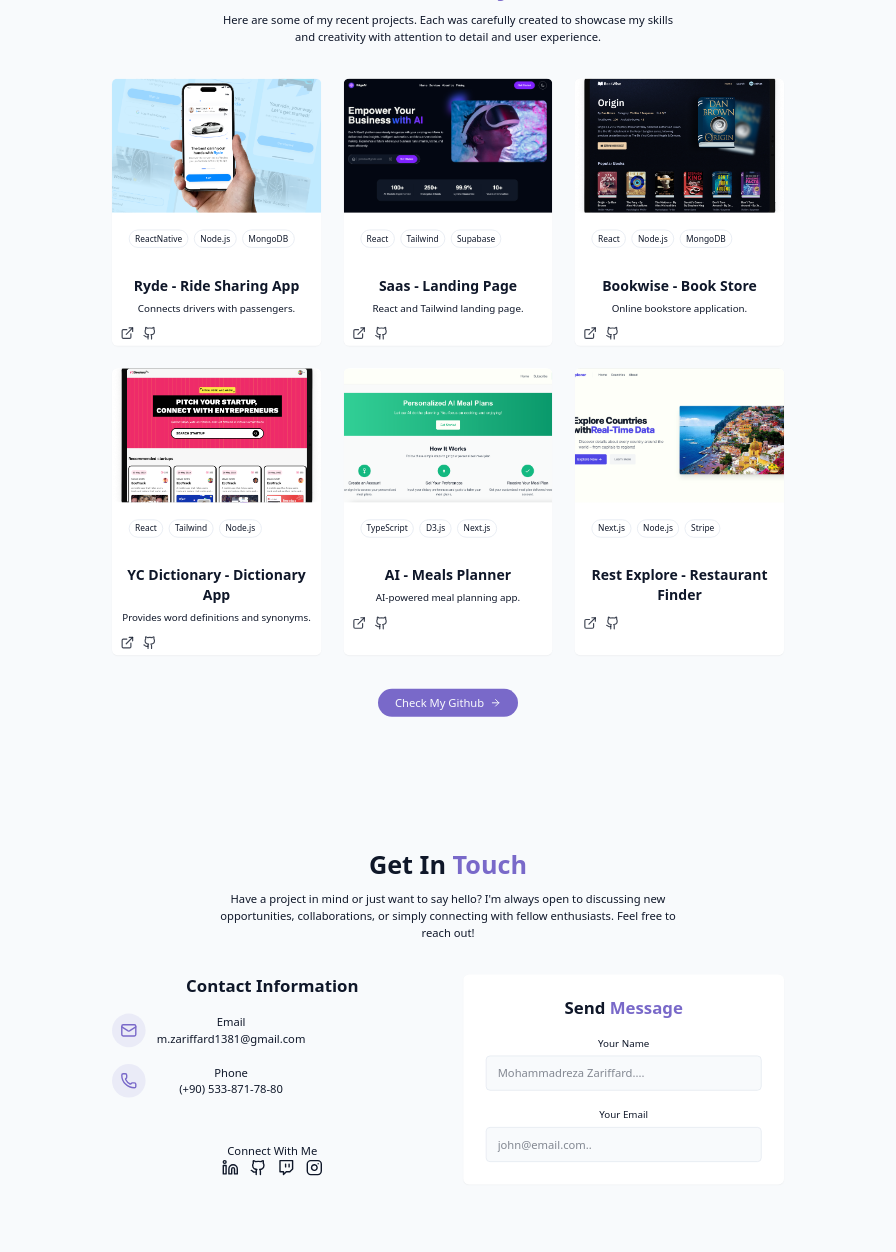
Repository: mOzariffard/Portfolio
Page: /
The author's editor kept a copy of each file at every save. The page is drawn from the files as they stood at one save, then again after the next save.
The browser window is 1280 px wide. The pictures show the part of the page from y = 4120 to 6040 px (the page is 5908 px tall before and 6040 px after), at 70% of full size.
The project was rebuilt for these pictures with package versions that can differ from the ones it lists, and the page was loaded fresh each time. Also part of the build but not shown: vite.config.js, src/pages/NotFound.jsx.

Above is the page before, as saved 2025-07-01 13:02:17.

After the next save:
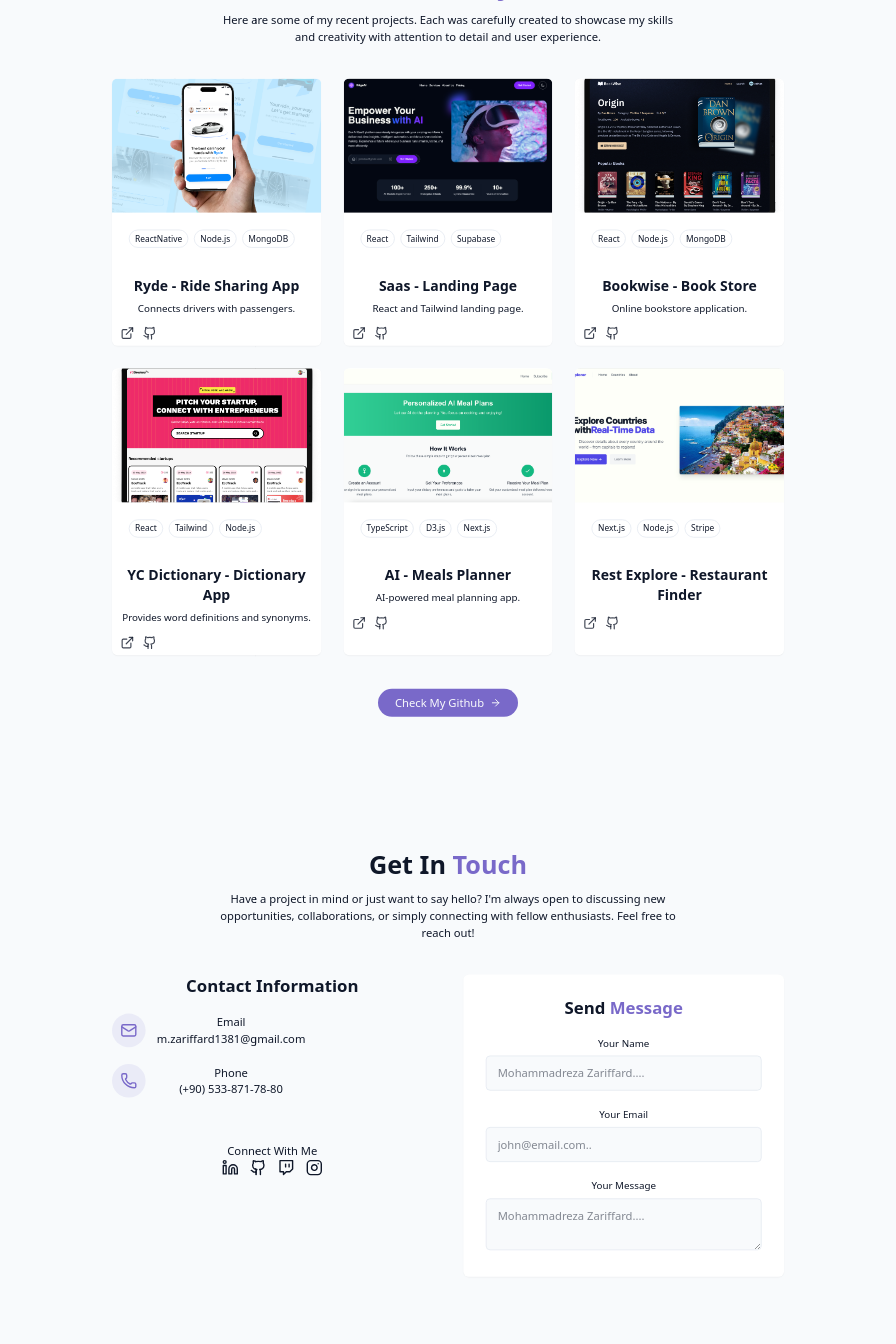
Saved 85 s later.
--- a/src/components/ContactSection.jsx
+++ b/src/components/ContactSection.jsx
@@ -98,6 +98,17 @@ const ContactSection = () => {
                         />
                     </div>
 
+                    <div>
+                        <label htmlFor="message" className='block text-sm font-medium mb-2'> Your Message </label>
+                        <textarea
+                        id='message'
+                        name='name'
+                        required
+                        className='w-full px-4 py-3 rounded-md border border-input bg-background focus:outline-hidden focus:ring-primary '
+                        placeholder='Mohammadreza Zariffard....'
+                        />
+                    </div>
+
 
                 </form>
             </div>
